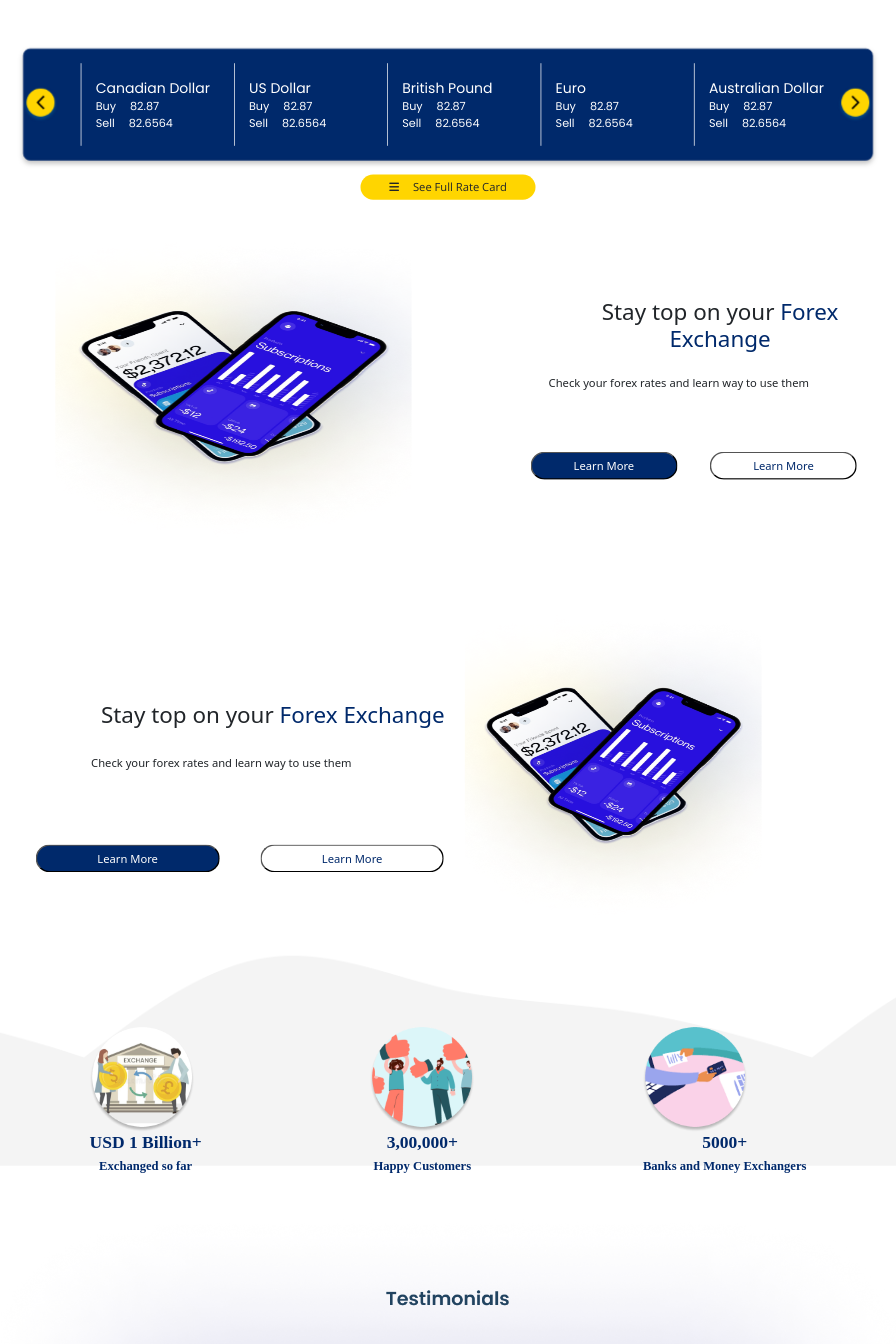
Repository: FlyweisReact/Akshadeep-latest
Page: /
These files come from the project's save history. The page is drawn as it stood at one moment and after a run of saves; the edit follows.
The browser window is 1280 px wide. The pictures show the part of the page from y = 715 to 2635 px (the page is 4504 px tall before and 4512 px after), at 70% of full size.
Some web libraries are served in a nearby version. The project was rebuilt for these pictures with package versions that can differ from the ones it lists, and the page was loaded fresh each time. Also part of the build but not shown: src/components/exchange.jsx, src/components/order_p1.jsx, src/components/order_p2.jsx, src/components/faas.jsx, src/components/offer.jsx, src/components/main2.jsx, src/components/home.jsx, src/components/slider.jsx and 6 more.

Above is the page before, as saved 2023-05-23 15:42:42.

After the next 2 saves:
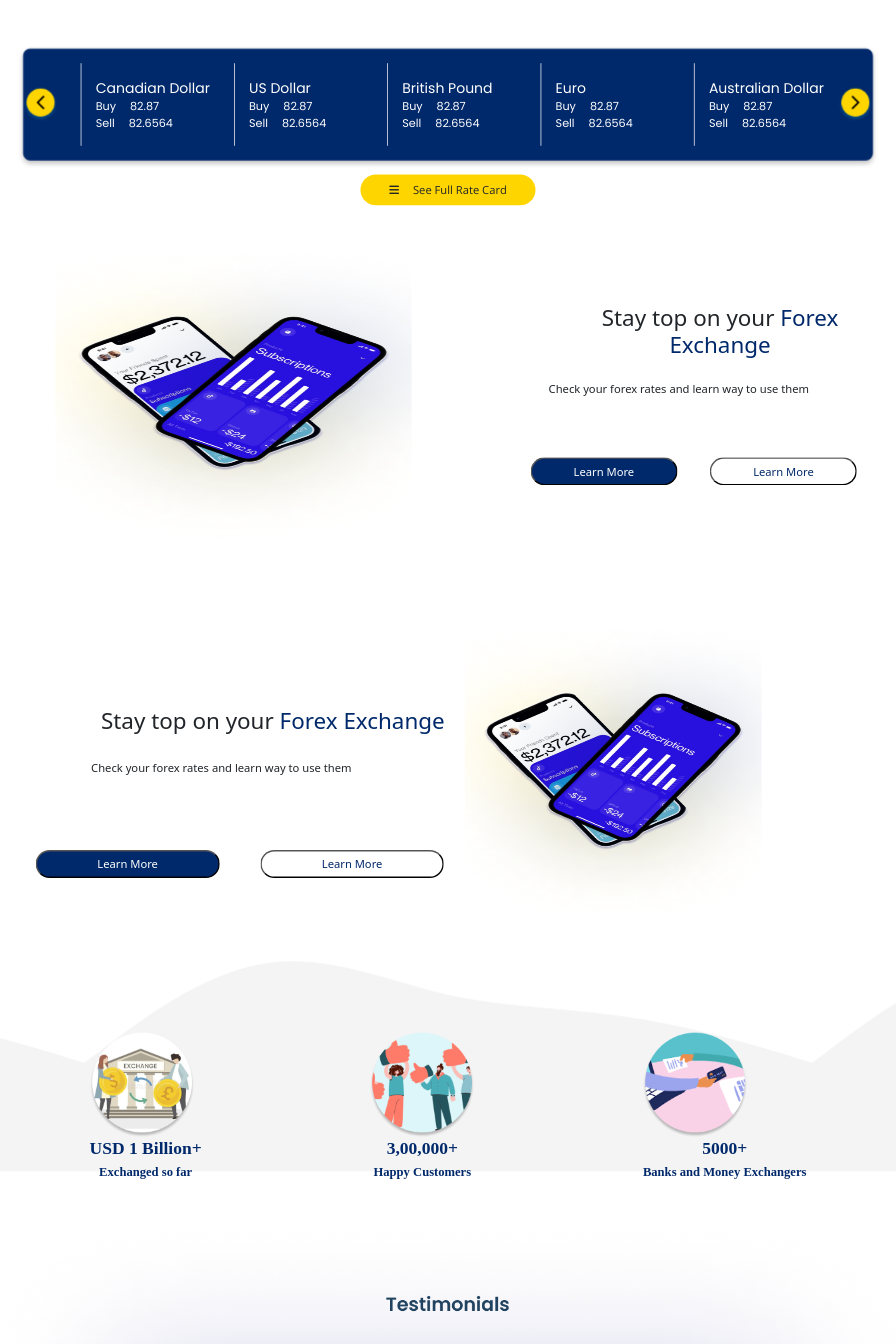
The 2 saves are shown as one change because they came seconds apart.
The last was saved 6 s later.
--- a/src/Style/Layout.css
+++ b/src/Style/Layout.css
@@ -43,6 +43,4 @@
 .Index_center_button p {
   margin: 0;
   font-family: OpenFont;
-  font-size: 16px;
-  line-height: 16px;
-}
+  font-size: var(--);}
